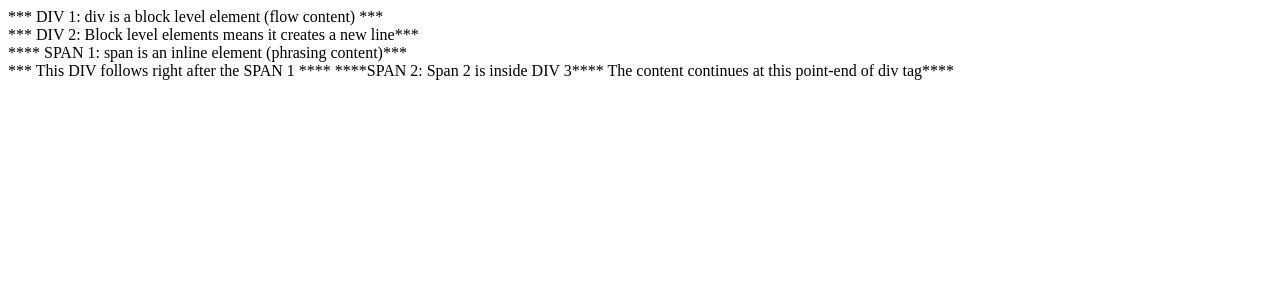
Repository: Koniya/my-coding-practices
Page: div-and-pan.html
An editor plug-in stored every save of this project. The page is shown before and after the next save, followed by the edit.
The browser window is 1280 px wide. The pictures show the whole page.

Above is the page before, as saved 2024-01-24 19:11:00.

After the next save:
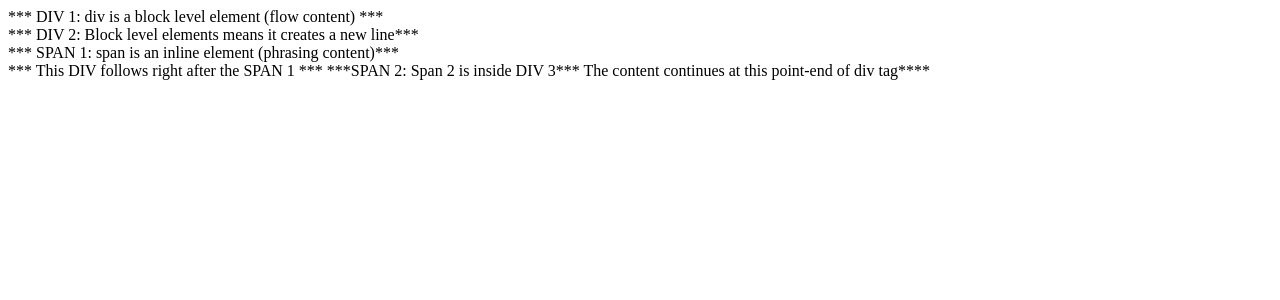
Saved 22 s later.
--- a/div-and-pan.html
+++ b/div-and-pan.html
@@ -7,10 +7,10 @@
     <body>
         <div>*** DIV 1: div is a block level element (flow content) ***</div>
         <div>*** DIV 2: Block level elements means it creates a new line***</div>
-        <span>**** SPAN 1: span is an inline element (phrasing content)***</span>
+        <span>*** SPAN 1: span is an inline element (phrasing content)***</span>
         <div>
-            *** This DIV follows right after the SPAN 1 ****
-            <span>****SPAN 2: Span 2 is inside DIV 3****</span> The content continues at this point-end of div tag****
+            *** This DIV follows right after the SPAN 1 ***
+            <span>***SPAN 2: Span 2 is inside DIV 3***</span> The content continues at this point-end of div tag****
         </div>
     </body>
 </html>
